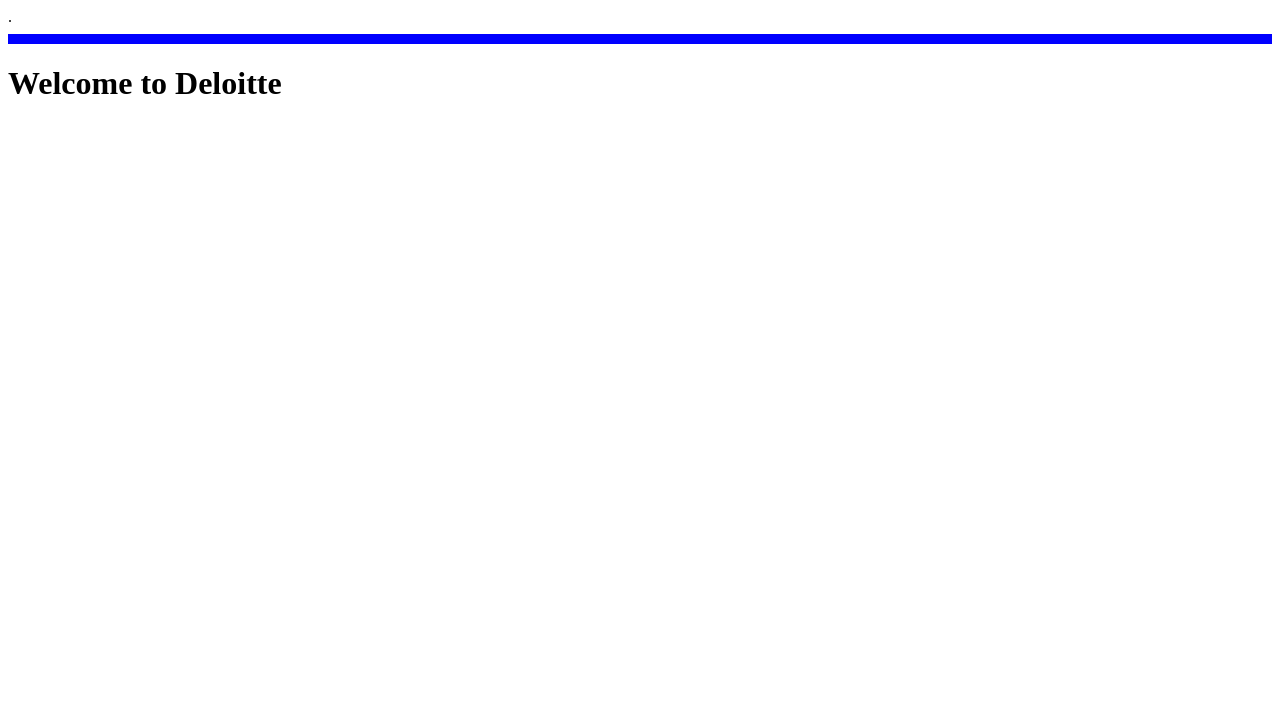
Repository: abhishek110597/Deloitte
Page: Workspace/JavaTraining/index.html
These files come from the project's save history. The page is drawn as it stood at one moment and after the next save; the edit follows.
The browser window is 1280 px wide. The pictures show the whole page.

Above is the page before, as saved 2019-12-27 10:35:03.

### Workspace/JavaTraining/index.html
<!DOCTYPE html>
<html>.
<head color="Green">
<meta charset="ISO-8859-1">
<title>Deloitte</title>
</head>
<hr color="Blue" size="10"/>
<h1 background="product.jpg">Welcome to Deloitte </h1>
</body>
</html>

After the next save:
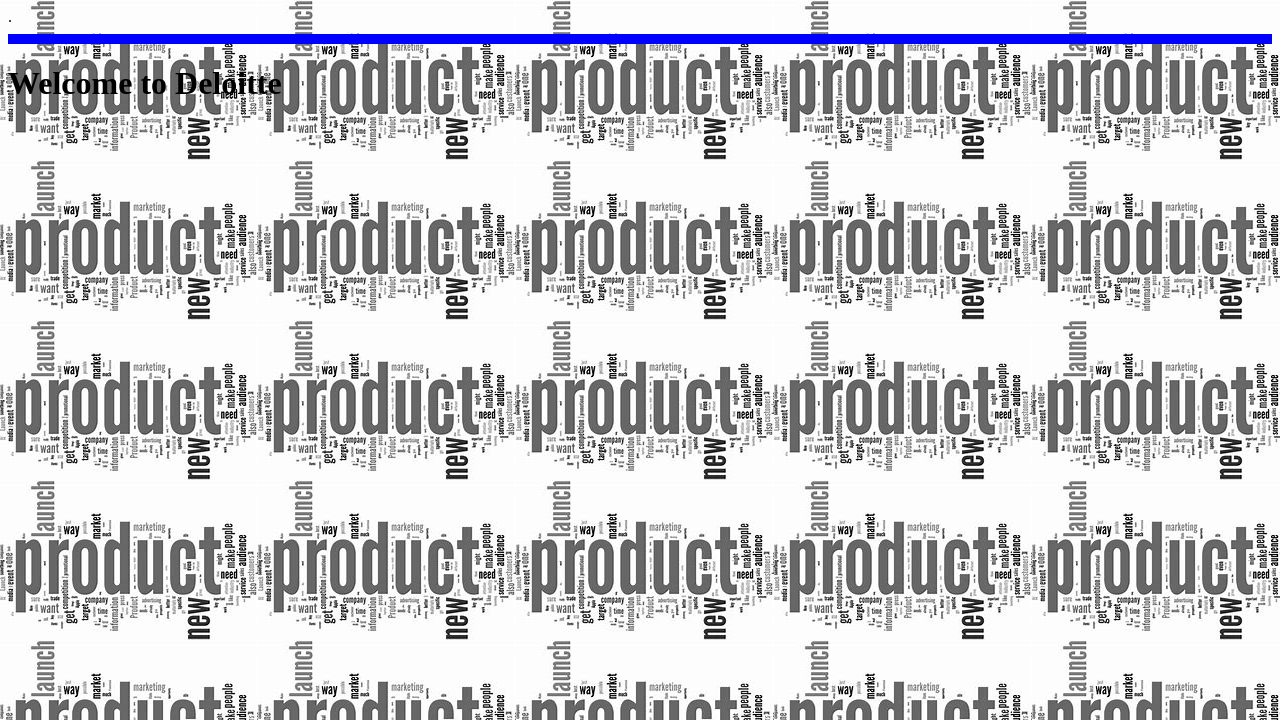
Saved 32 s later.
--- a/Workspace/JavaTraining/index.html
+++ b/Workspace/JavaTraining/index.html
@@ -5,6 +5,7 @@
 <title>Deloitte</title>
 </head>
 <hr color="Blue" size="10"/>
-<h1 background="product.jpg">Welcome to Deloitte </h1>
+<body background="product.jpg">
+<h1 >Welcome to Deloitte </h1>
 </body>
 </html>

After the save that followed:
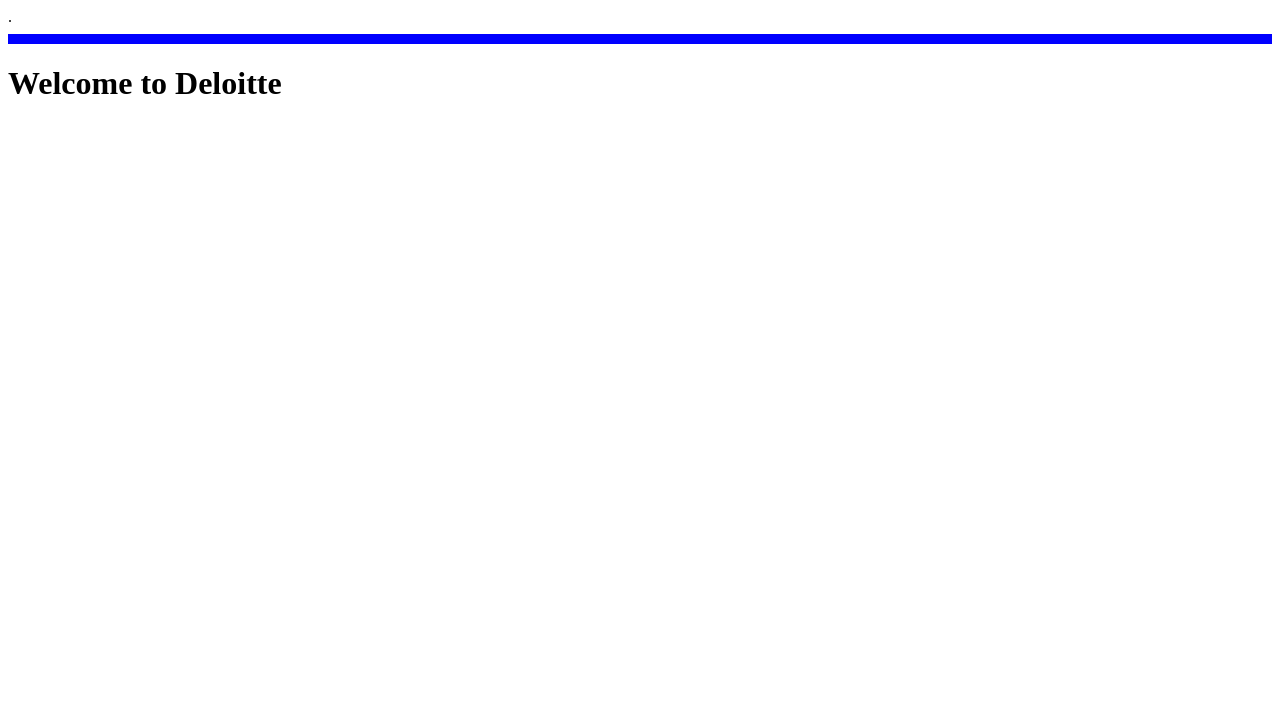
Saved 22 s later.
--- a/Workspace/JavaTraining/index.html
+++ b/Workspace/JavaTraining/index.html
@@ -5,7 +5,7 @@
 <title>Deloitte</title>
 </head>
 <hr color="Blue" size="10"/>
-<body background="product.jpg">
+<body>
 <h1 >Welcome to Deloitte </h1>
 </body>
 </html>
